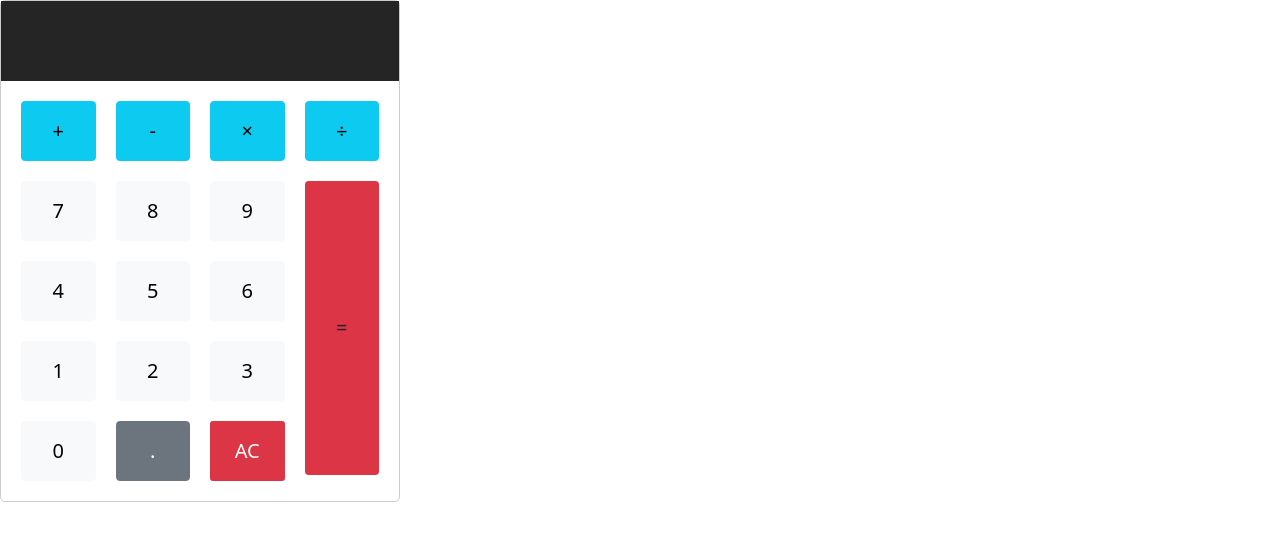
Repository: bzorufchi/tamrin-javascript
Page: Calculator .html
These files come from the project's save history. The page is drawn as it stood at one moment and after a run of saves; the edit follows.
The browser window is 1280 px wide. The pictures show the whole page.

Above is the page before, as saved 2024-01-06 11:32:06.

After the next 3 saves:
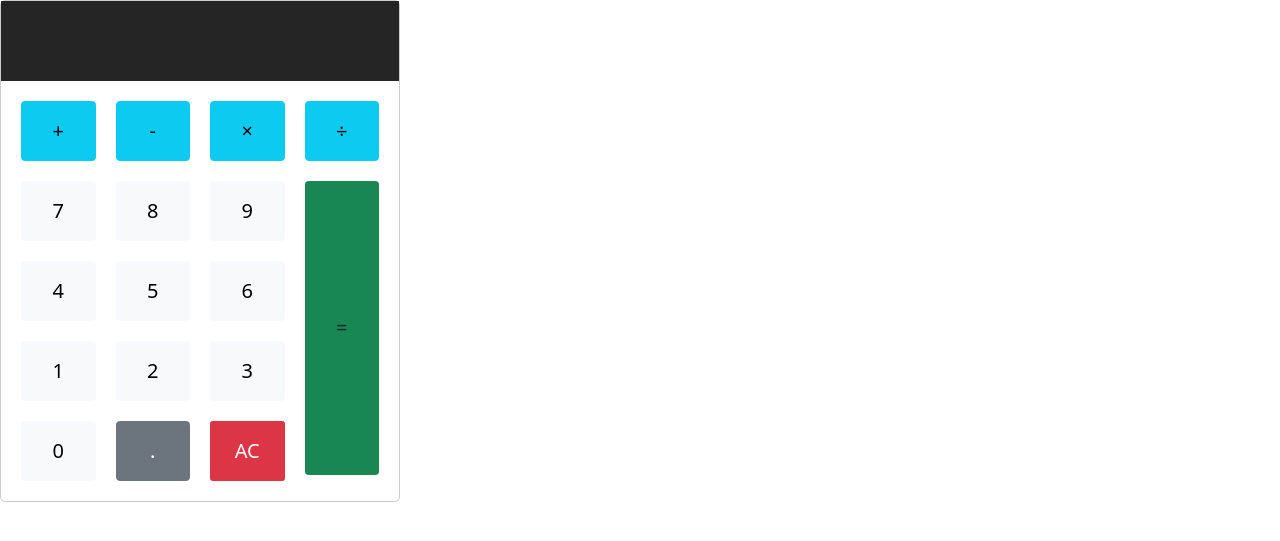
The 3 saves are shown as one change because they came seconds apart.
The last was saved 8 s later.
--- a/Calculator .html
+++ b/Calculator .html
@@ -88,7 +88,7 @@ button {
           <button type="button" class="decimal function btn btn-secondary" value=".">.</button>
           <button type="button" class="all-clear function btn btn-danger btn-sm" value="all-clear">AC</button>
 
-          <button type="button" class="equal-sign operator btn btn-default bg-danger" value="=">=</button>
+          <button type="button" class="equal-sign operator btn btn-default bg-success" value="=">=</button>
 
         </div>
       </div>
